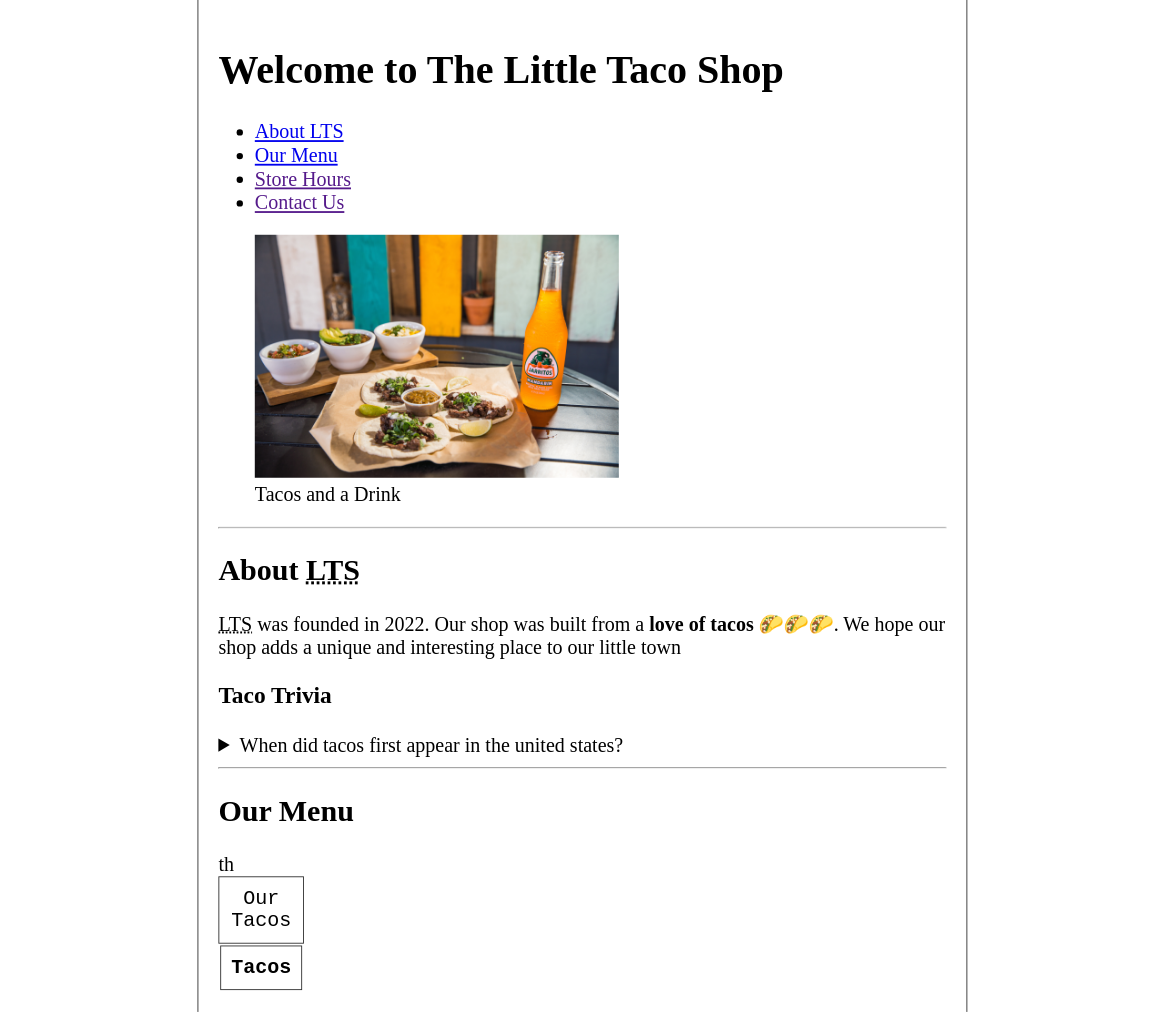
Repository: Israa-Odeh/html-basics-project
Page: index.html
These files come from the project's save history. The page is drawn as it stood at one moment and after a run of saves; the edit follows.
The browser window is 1280 px wide. The pictures show the whole page, at 91% of full size.

Above is the page before, as saved 2024-08-20 02:03:17.

### index.html
<!DOCTYPE html>
<html lang="en">

<head>
    <meta charset="UTF-8">
    <meta name="author" content="Israa Odeh">
    <meta name="description"
        content="Welcome to Discover the ultimate taco experience at our little taco shop. Explore our diverse menu featuring delicious, authentic tacos made with fresh ingredients. From classic favorites to inventive new flavors, our taco shop offers a vibrant atmosphere and exceptional service. Join us for a taste of perfection in every bite!">
    <title>Little Taco Shop</title>
    <link rel="icon" href="favicon.ico" type="image/x-icon">
    <link rel="stylesheet" href="css/style.css">
</head>

<body>
    <header>
        <h1>Welcome to The Little Taco Shop</h1>
        <nav>
            <ul>
                <li>
                    <a href="#about">About LTS</a>
                </li>
                <li>
                    <a href="#menu">Our Menu</a>
                </li>
                <li>
                    <a href="">Store Hours</a>
                </li>
                <li>
                    <a href="">Contact Us</a>
                </li>
            </ul>
        </nav>
        <figure>
            <img src="img/tacos_and_drink_400x267.png"
                alt="Three taco meals with three salads and a shared bottle of drink" width="400" height="267">
            <figcaption>Tacos and a Drink</figcaption>
        </figure>
    </header>

    <hr>

    <main>
        <article id="about">
            <h2>About <abbr title="Little Taco Shop">LTS</abbr></h2>
            <p> <abbr title="Little Taco Shop">LTS</abbr> was founded in 2022. Our shop was built from a <strong>love of
                    tacos</strong> 🌮🌮🌮. We hope our
                shop adds a unique and interesting place to our little town</p>

            <aside>
                <h3>Taco Trivia</h3>
                <details>
                    <summary>When did tacos first appear in the united states?</summary>
                    <p>Tacos first appeared in the
                        United States in the early 1900s. They gained significant popularity in the 1960s and 1970s,
                        particularly with the rise of fast-food chains like Taco Bell, which introduced them to a
                        broader
                        audience.</p>
                </details>
            </aside>
        </article>

        <hr>

        <article id="menu">
            <h2>Our Menu</h2>
            <table>
                <caption>Our Tacos</caption>
                <thead>
                    <th>Tacos</th>
                    th

                </thead>

                <tbody>

                </tbody>

                <tfoot>

                </tfoot>
            </table>

        </article>

    </main>

    <footer>

    </footer>

</body>

</html>

Loaded but not shown: css/style.css (common file)

After the next 2 saves:
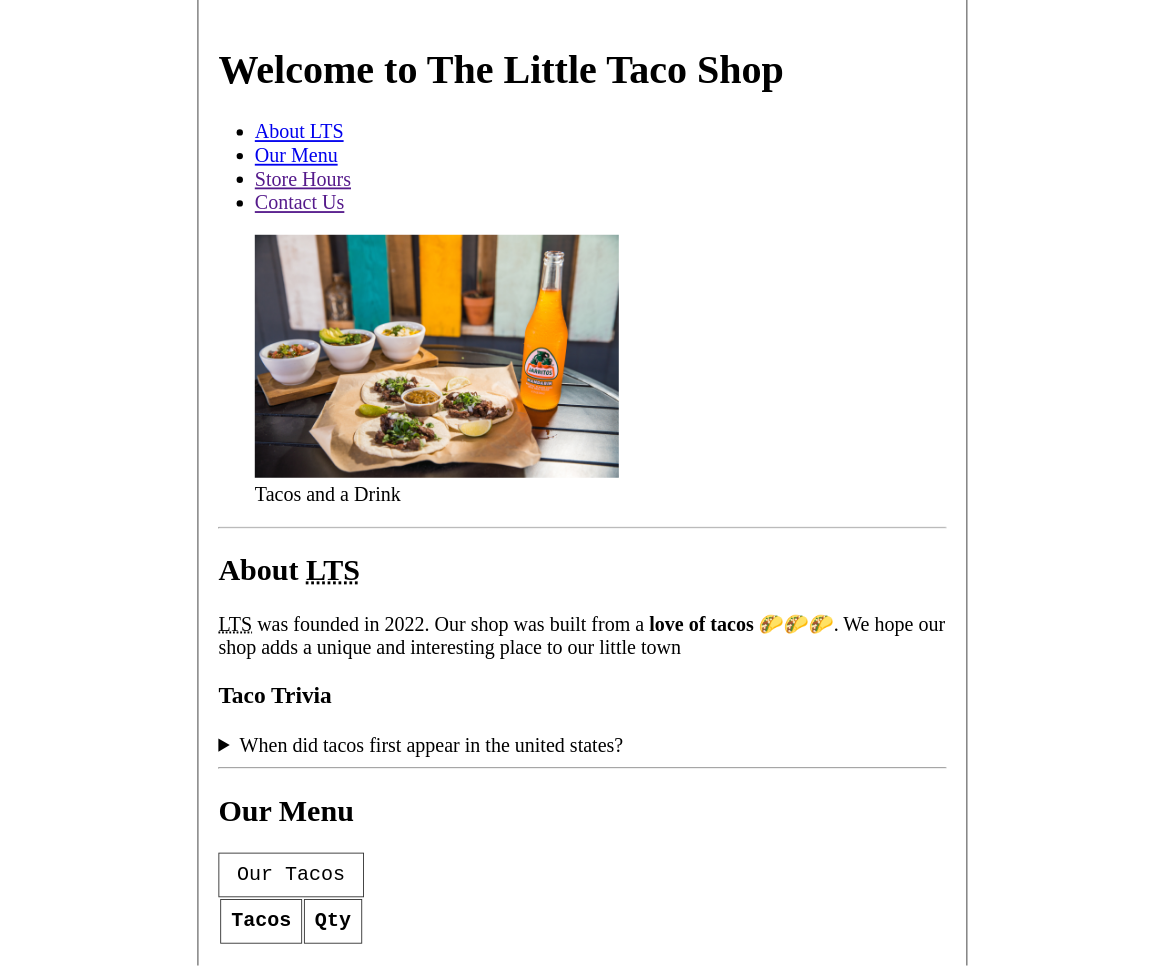
The 2 saves are shown as one change because they came seconds apart.
The last was saved 10 s later.
--- a/index.html
+++ b/index.html
@@ -67,7 +67,7 @@
                 <caption>Our Tacos</caption>
                 <thead>
                     <th>Tacos</th>
-                    th
+                    <th>Qty</th>
 
                 </thead>
 
